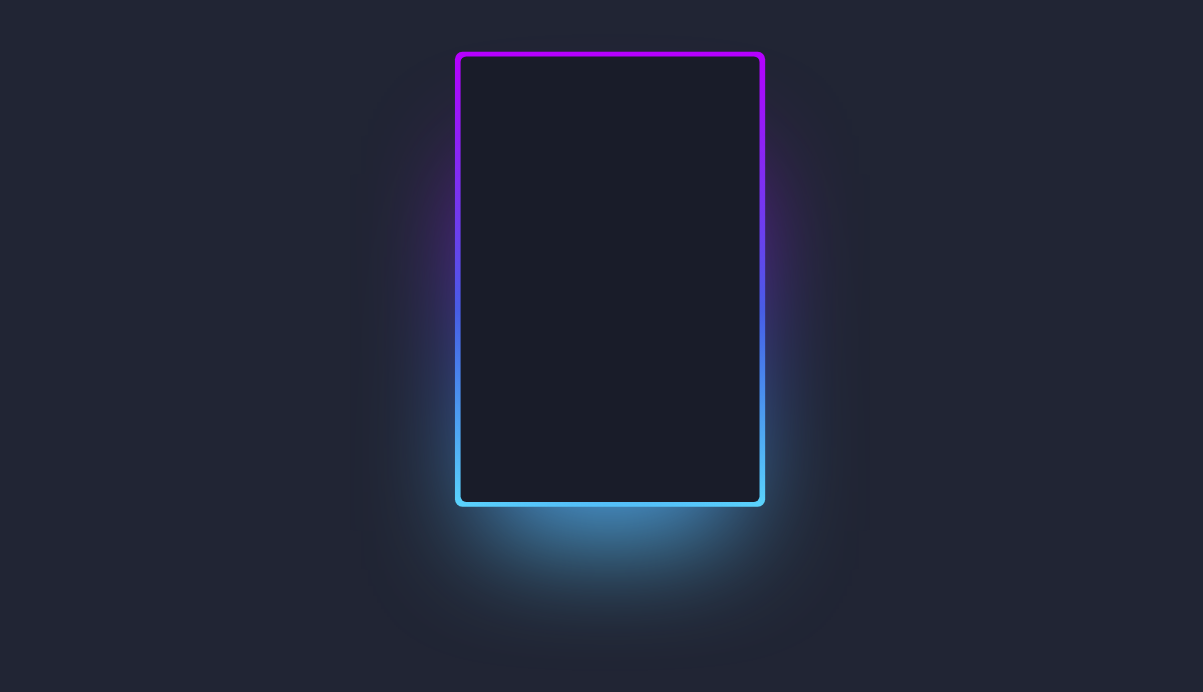
Repository: mertfurkandgn/artpainting
Page: card-1/index.html
The author's editor kept a copy of each file at every save. The page is drawn from the files as they stood at one save, then again after the next save.
The browser window is 1280 px wide. The pictures show the whole page, at 94% of full size.

Above is the page before, as saved 2025-07-30 22:34:07.

### card-1/index.html
<!DOCTYPE html>
<html lang="en">
  <head>
    <meta charset="UTF-8" />
    <meta name="viewport" content="width=device-width, initial-scale=1.0" />
    <title>Card 1</title>
    <link rel="stylesheet" href="css/style.css" />
  </head>
  <body>
    <main>
      <section class="card-section">
        <div class="container">
          <div class="row">
            <div class="">
              <div class="grid-container">
  <div class="card box box1"></div>
</div>

            </div>
          </div>
        </div>
      </section>
    </main>
  </body>
</html>

### card-1/css/style.css
.grid-container {
     max-width: 300px;
    max-height: 300px;
  display: grid;
  gap: 20px;
  grid-template-columns: repeat(2, 1fr);
  grid-template-areas:
    "box1 box1"
    "box2 box3"
    "box4 box4";
  padding: 20px;
}

.shoes{
    max-width: 100%;
    max-height: 100%;
}
.box {

  color: white;
  font-size: 1.5rem;
  text-align: center;
  border-radius: 8px;
}
/* Renkler ve alanlar */
.box1 {
    align-items: center;
    padding: 40px;
    margin: 0;
  background-color: #ff6b6b;
  grid-area: box1;

}

.box2 {
  background-color: #6bc1ff;
  grid-area: box2;
}

.box3 {
  background-color: #51d88a;
  grid-area: box3;
}

.box4 {
  background-color: #a77ff2;
  grid-area: box4;
}


@property --rotate {
  syntax: "<angle>";
  initial-value: 132deg;
  inherits: false;
}

:root {
  --card-height: 65vh;
  --card-width: calc(var(--card-height) / 1.5);
}


body {
  min-height: 100vh;
  background: #212534;
  display: flex;
  align-items: center;
  flex-direction: column;
  padding-top: 2rem;
  padding-bottom: 2rem;
  box-sizing: border-box;
}


.card {
  background: #191c29;
  width: var(--card-width);
  height: var(--card-height);
  padding: 3px;
  position: relative;
  border-radius: 6px;
  justify-content: center;
  align-items: center;
  text-align: center;
  display: flex;
  font-size: 1.5em;
  color: rgb(88 199 250 / 0%);
  cursor: pointer;
  font-family: cursive;
}

.card:hover {
  color: rgb(88 199 250 / 100%);
  transition: color 1s;
}
.card:hover:before, .card:hover:after {
  animation: none;
  opacity: 0;
}


.card::before {
  content: "";
  width: 104%;
  height: 102%;
  border-radius: 8px;
  background-image: linear-gradient(
    var(--rotate)
    , #5ddcff, #3c67e3 43%, #b700ff);
    position: absolute;
    z-index: -1;
    top: -1%;
    left: -2%;
    animation: spin 2.5s linear infinite;
}

.card::after {
  position: absolute;
  content: "";
  top: calc(var(--card-height) / 6);
  left: 0;
  right: 0;
  z-index: -1;
  height: 100%;
  width: 100%;
  margin: 0 auto;
  transform: scale(0.8);
  filter: blur(calc(var(--card-height) / 6));
  background-image: linear-gradient(
    var(--rotate)
    , #5ddcff, #3c67e3 43%, #b700ff);
    opacity: 1;
  transition: opacity .5s;
  animation: spin 2.5s linear infinite;
}

@keyframes spin {
  0% {
    --rotate: 0deg;
  }
  100% {
    --rotate: 360deg;
  }
}

a {
  color: #212534;
  text-decoration: none;
  font-family: sans-serif;
  font-weight: bold;
  margin-top: 2rem;
}

After the next save:
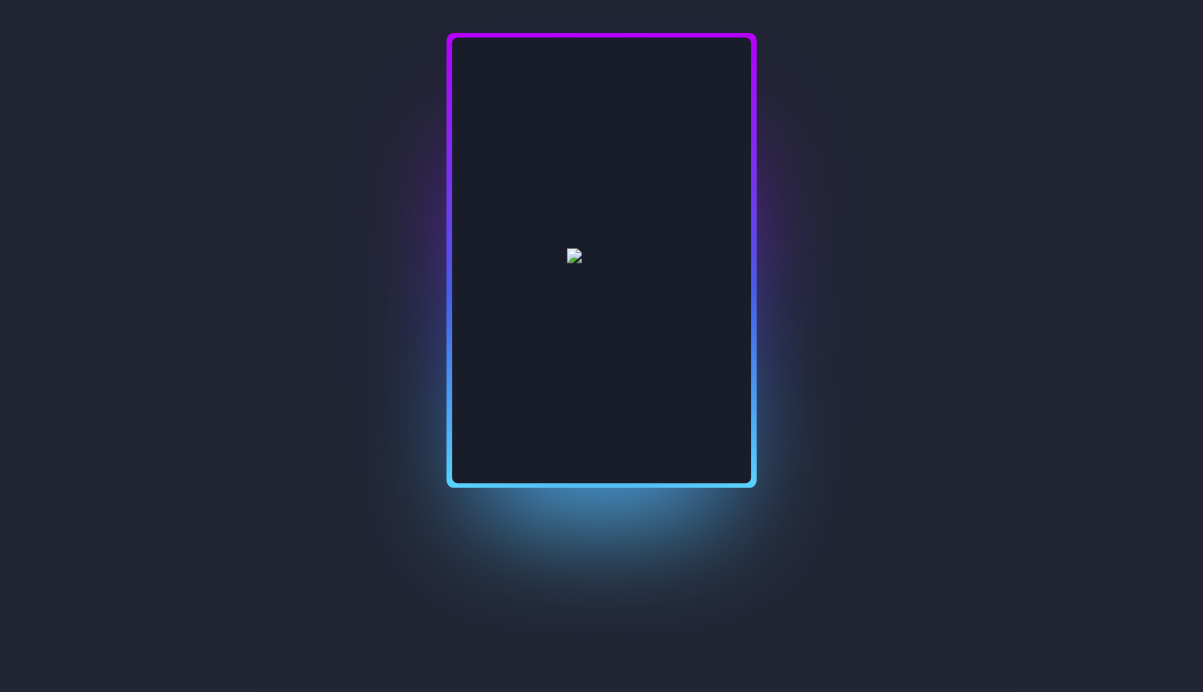
Not found: card-1/resim-linki.jpg
Saved 33 s later.
--- a/card-1/index.html
+++ b/card-1/index.html
@@ -11,12 +11,9 @@
       <section class="card-section">
         <div class="container">
           <div class="row">
-            <div class="">
-              <div class="grid-container">
-  <div class="card box box1"></div>
+          <div class="card">
+  <img src="resim-linki.jpg" alt="image">
 </div>
-
-            </div>
           </div>
         </div>
       </section>

After the save that followed:
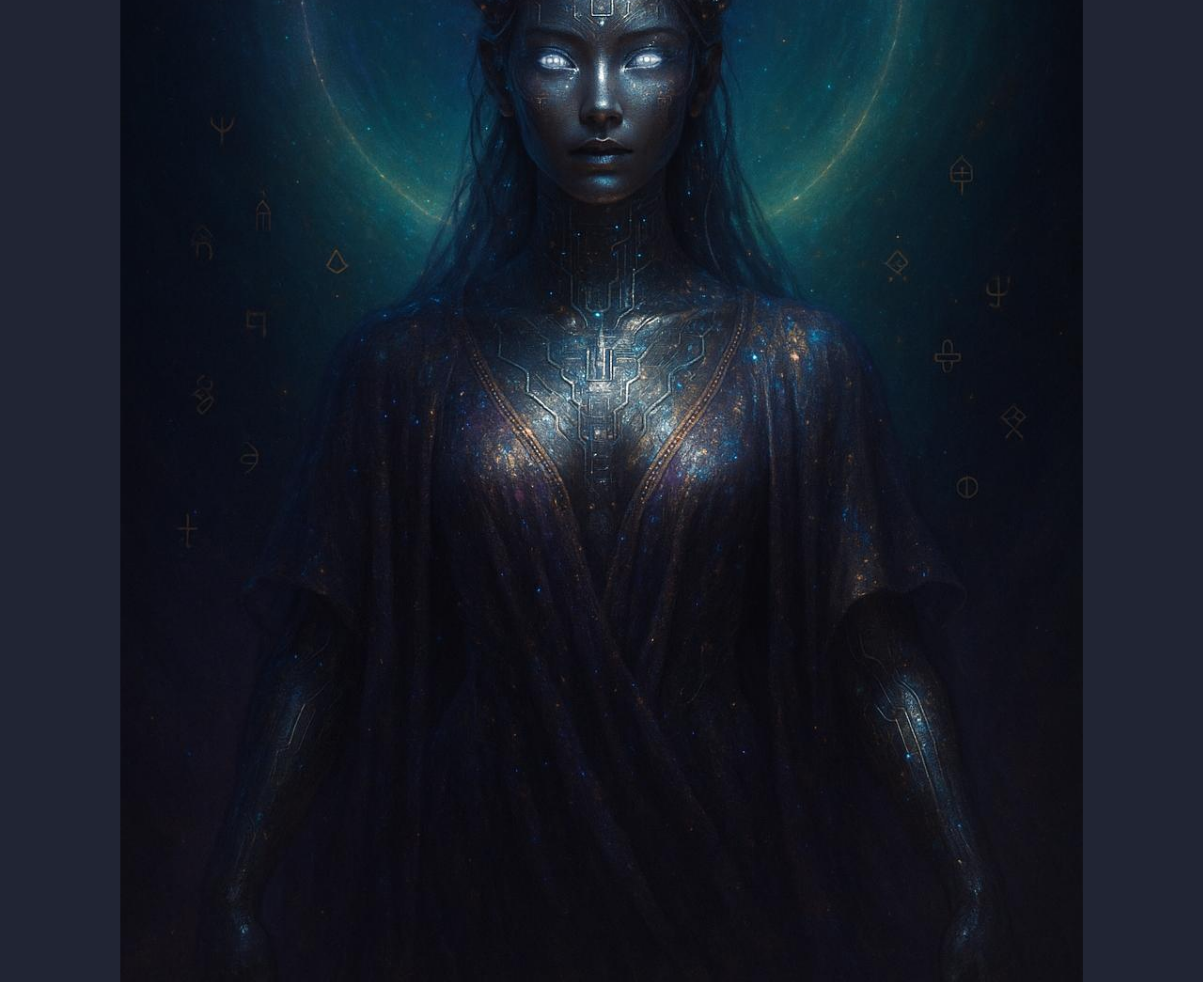
Saved 27 s later.
--- a/card-1/index.html
+++ b/card-1/index.html
@@ -12,7 +12,7 @@
         <div class="container">
           <div class="row">
           <div class="card">
-  <img src="resim-linki.jpg" alt="image">
+  <img src="./images/myart.jpg" alt="image">
 </div>
           </div>
         </div>
